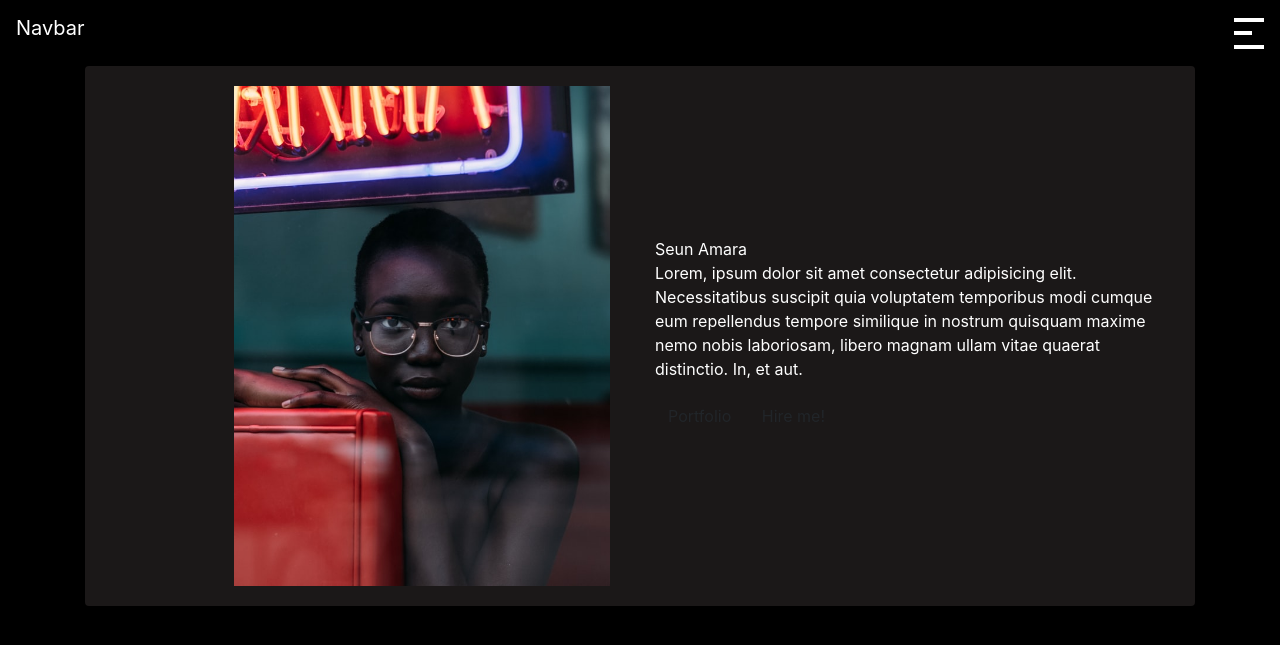
Repository: latenightsnacc/portfolio-site
Page: index.html
The author's editor kept a copy of each file at every save. The page is drawn from the files as they stood at one save, then again after the next save.
The browser window is 1280 px wide. The pictures show the whole page.
The style sheet was rebuilt from its Sass, Less or Tailwind sources for each picture, by a compiler version that may differ from the author's.

Above is the page before, as saved 2020-08-03 14:33:26.

After the next save:
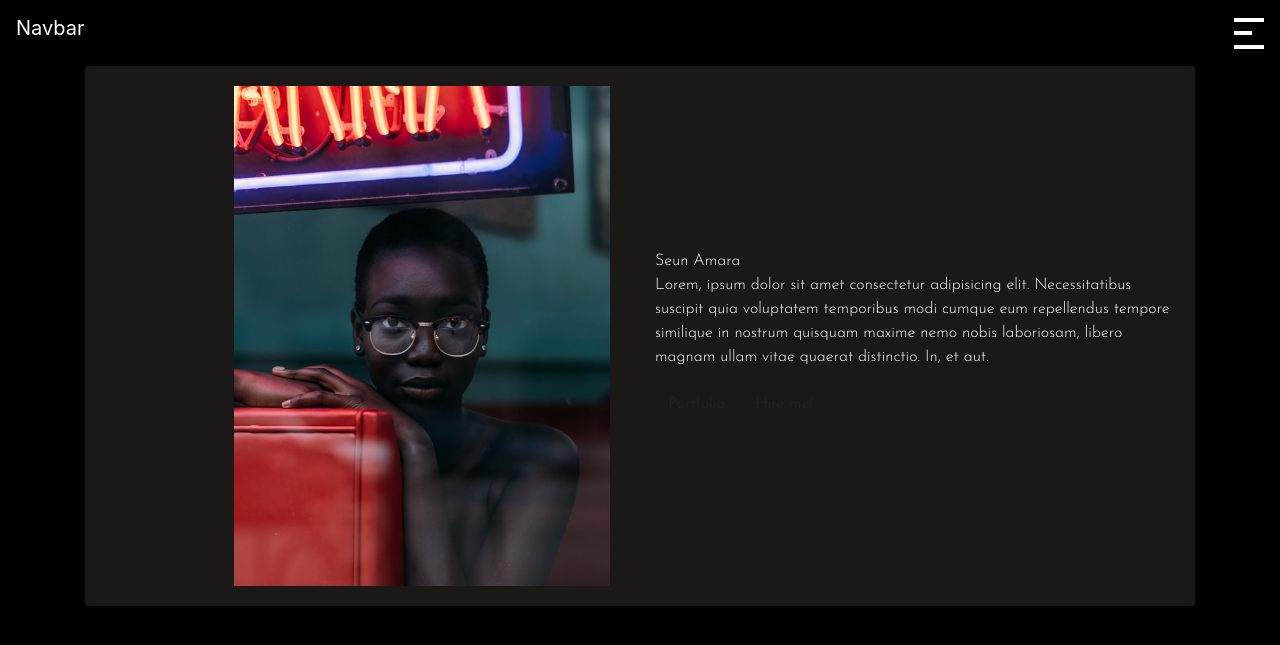
Saved 25 s later.
--- a/styles/stylesheet.scss
+++ b/styles/stylesheet.scss
@@ -38,6 +38,7 @@ body,html, .bg-dark {
     border: 0px !important;
     background-color: $bg-dark;
     color: $light;
+    font-family: $font;
 }
 .nav-top {
     display: flex;
